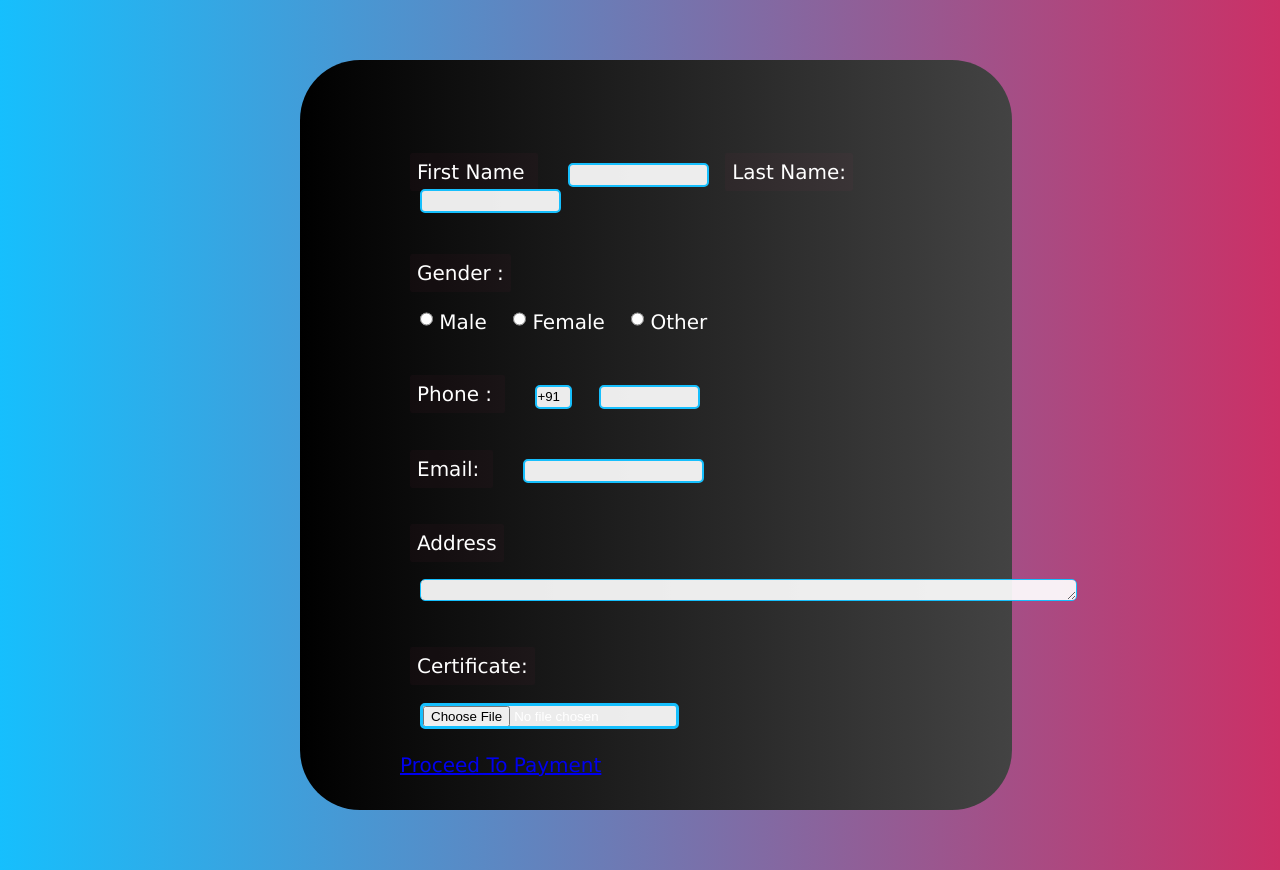
Repository: sarthakkathpalia/elliptical
Page: html/form.html
An editor plug-in stored every save of this project. The page is shown before and after the next save, followed by the edit.
The browser window is 1280 px wide. The pictures show the whole page.

Above is the page before, as saved 2021-10-30 17:53:51.

After the next save:
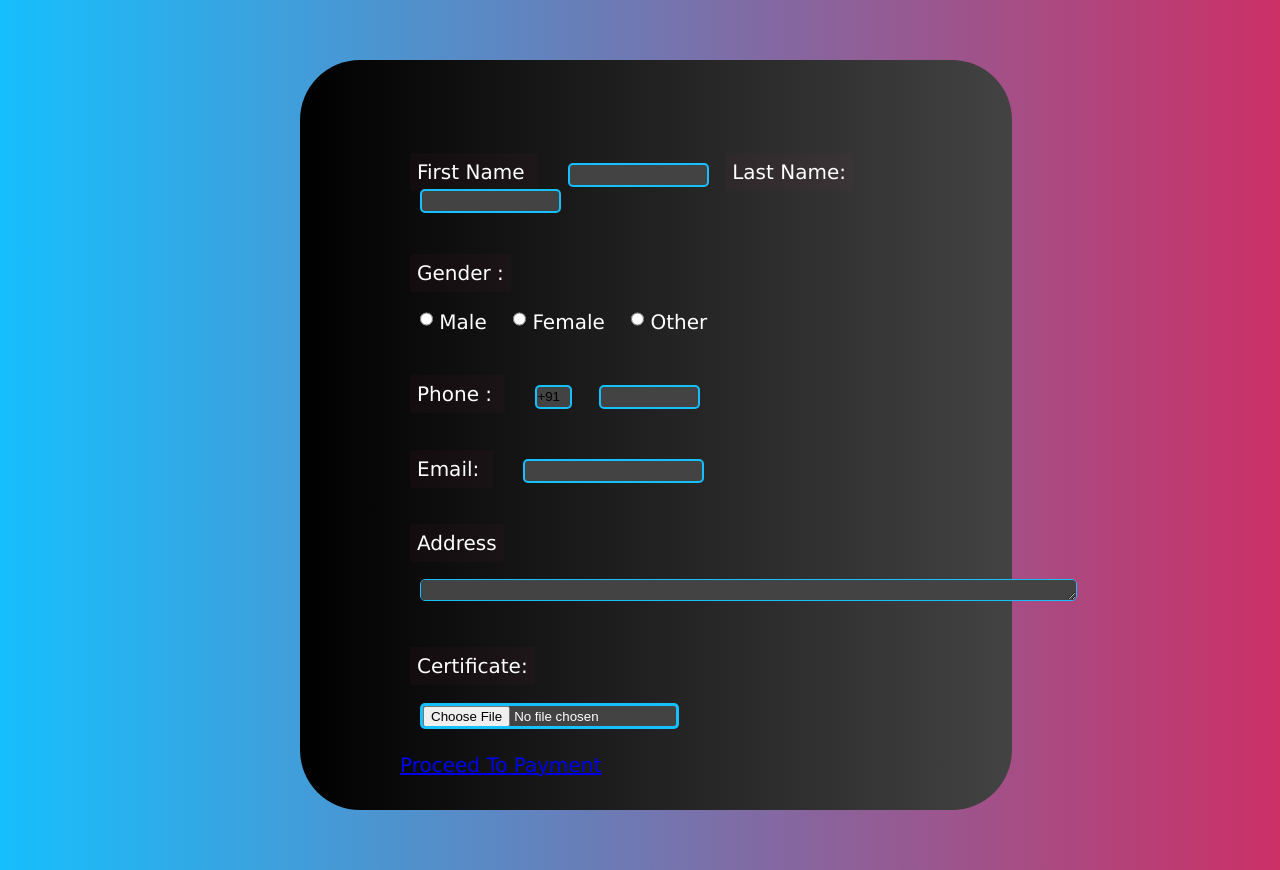
Saved 21 s later.
--- a/html/form.html
+++ b/html/form.html
@@ -15,7 +15,7 @@
             border-radius: 5px;
             margin-left: 20px;
             height: 20px;
-            background-color: rgba(255, 255, 255, 0.918);
+            background-color: #434343;
             border-style: solid;
             border-color: #16BFFD;
         }
